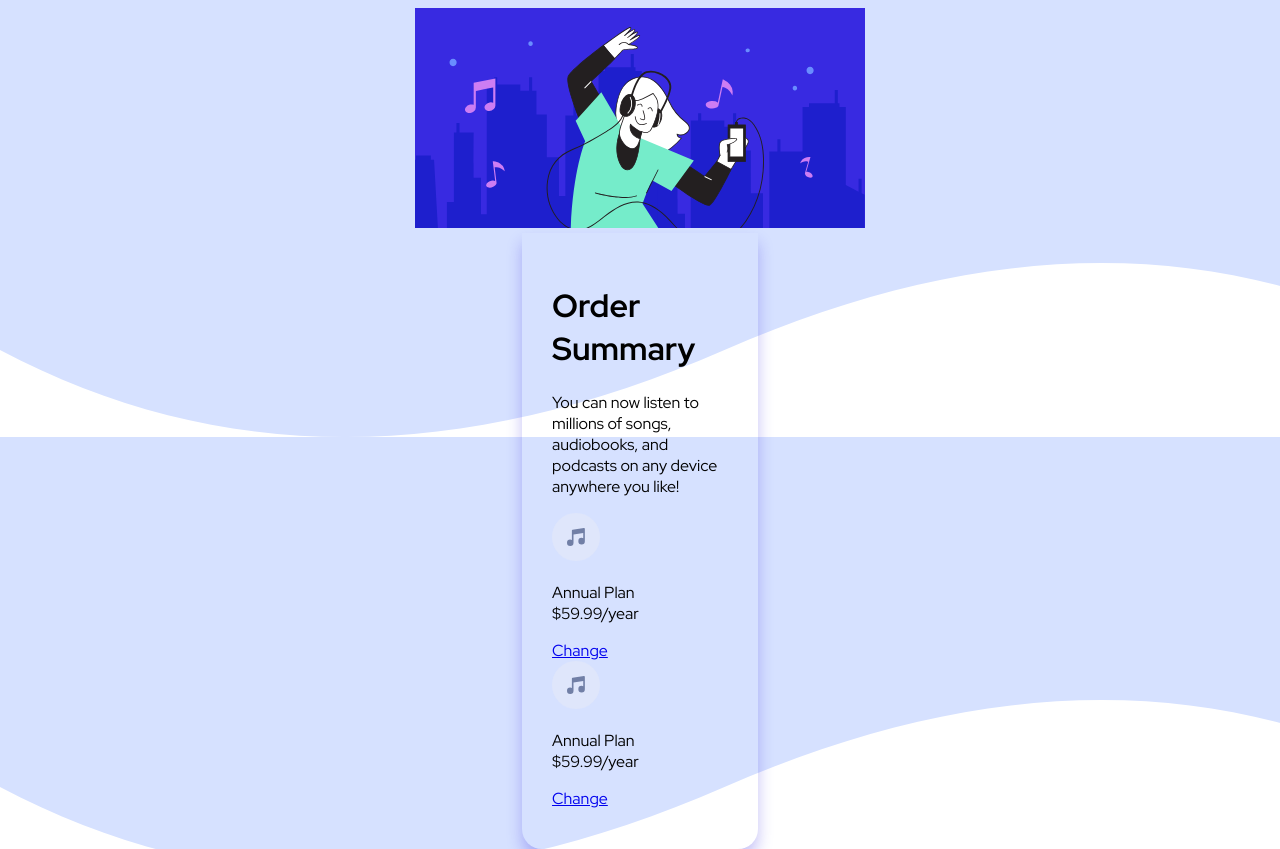
Repository: Pawan-pediredla/frontend-mentors
Page: order-summary-card/order-summary-component-main/markup/index.html
An editor plug-in stored every save of this project. The page is shown before and after the next save, followed by the edit.
The browser window is 1280 px wide. The pictures show the whole page.

Above is the page before, as saved 2024-06-22 12:13:18.

After the next save:
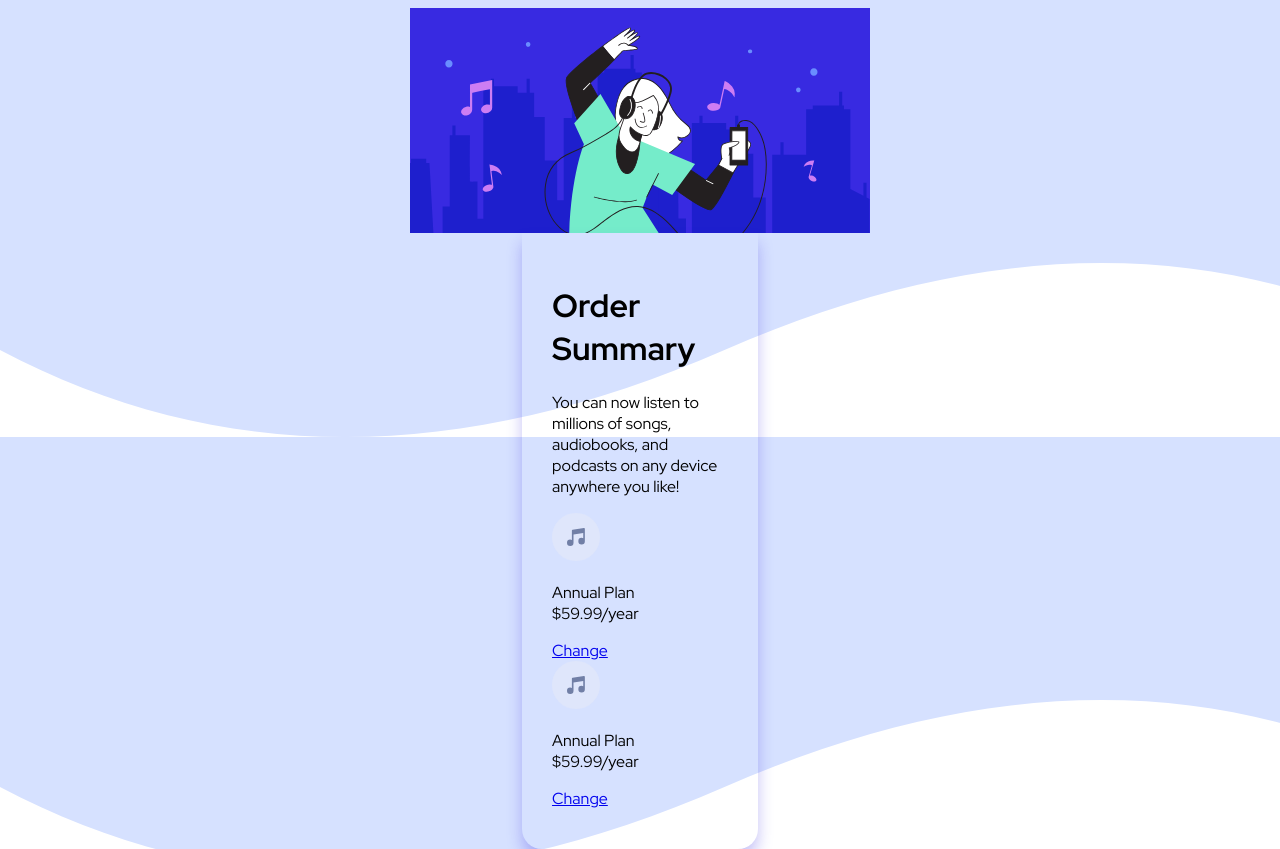
Saved 44 s later.
--- a/order-summary-card/order-summary-component-main/styling/index.css
+++ b/order-summary-card/order-summary-component-main/styling/index.css
@@ -38,3 +38,8 @@
     border-bottom-right-radius: 20px;
     box-shadow: 0px 10px 15px #3829e049;
 }
+.image-container img {
+    width: 100%;
+    height: 100%;
+    object-fit: fill;
+  }
